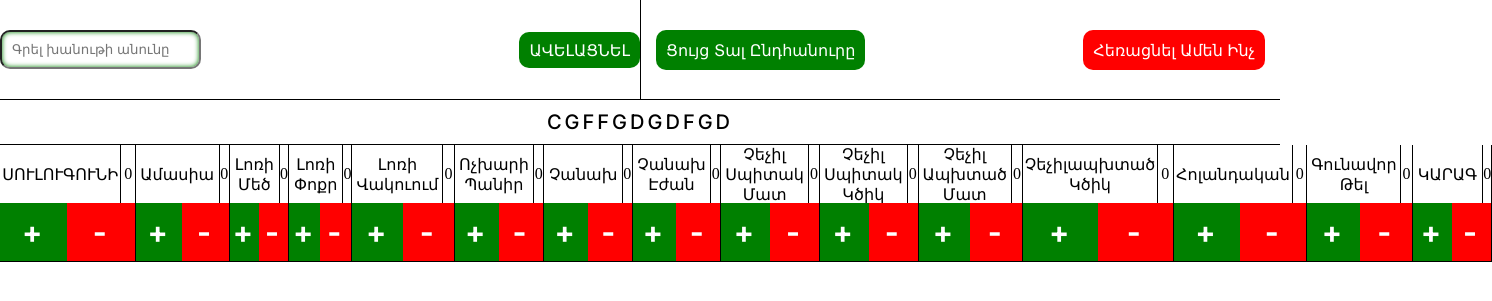
Repository: AbApin/amasia
Page: /
These files come from the project's save history. The page is drawn as it stood at one moment and after the next save; the edit follows.
The browser window is 1280 px wide. The page is 1492 px wide, then 1446 px, so the pictures cover 1492 px, including what lies to the right of the window. The pictures show the whole page.
The project was rebuilt for these pictures with package versions that can differ from the ones it lists, and the page was loaded fresh each time. Also part of the build but not shown: vue.config.js.

Above is the page before, as saved 2023-02-03 11:54:29.

### public/index.html
<!DOCTYPE html>
<html lang="">
  <head>
    <meta charset="utf-8" />
    <meta http-equiv="X-UA-Compatible" content="IE=edge" />
    <meta name="viewport" content="width=device-width,initial-scale=1.0" />
    <link rel="icon" href="<%= BASE_URL %>favicon.ico" />
    <title><%= htmlWebpackPlugin.options.title %></title>
    <link
      href="https://fonts.googleapis.com/css?family=Inter:100,200,300,regular,500,600,700,800,900"
      rel="stylesheet"
    />
  </head>
  <body>
    <noscript>
      <strong
        >We're sorry but <%= htmlWebpackPlugin.options.title %> doesn't work properly without
        JavaScript enabled. Please enable it to continue.</strong
      >
    </noscript>
    <div id="app"></div>
    <!-- built files will be auto injected -->
  </body>
</html>

### src/main.js
import Vue from 'vue';
import App from './App.vue';
import store from './store';
store.subscribe((mutation, state) => {
  localStorage.setItem('xanutner', JSON.stringify(state.xanutner));
  localStorage.setItem('datarkXanutner', JSON.stringify(state.isEmpty));
});
Vue.config.productionTip = false;

new Vue({
  store,
  render: (h) => h(App),
}).$mount('#app');

### src/App.vue
<template>
  <div id="app">
    <div class="header">
      <div class="avelacnelXanut">
        <input type="text" class="avelacnelInput" placeholder="Գրել խանութի անունը">
        <button class="avelacnelBtn">Ավելացնել</button>
      </div>
      <div class="cuycTal">
        <button class="cuycTalBtn" @click="isClick = true">ցույց տալ ընդհանուրը</button>
        <button class="heracnelBtn" @click="REMOVEALL">հեռացնել ամեն ինչ</button>
      </div>
      <div v-show="isClick" class="endhanurQanak">
        <button @click="isClick = false" class="closeBtn">X</button>
        <div class="endhanurQanakInner" :class="!ISEMPTY ? 'ovAuto' : ''">
          <p v-if="ISEMPTY" class="noProducts">Ոչ մի ապրանք</p>
          <ul class="endhanurQanakiList">
            <li
              v-for="xanutiAnun in Object.keys(ZAKAZNER)"
              :key="xanutiAnun"
              class="endhanurQanakiListItem"
            >
              <p class="endhanurQanakiListItemXanutiAnun">{{ xanutiAnun }}</p>
              <ul class="endhanurApranqneriList">
                <li
                  v-for="endhanurApranq in ZAKAZNER[xanutiAnun]"
                  :key="endhanurApranq.anun"
                  class="endhanurApranqneriListItem"
                >
                  <p class="endhanurApranqneriListItemAnun">{{ endhanurApranq.anun }}</p>
                  <p class="endhanurApranqneriListItemQanak">{{ endhanurApranq.qanak }}</p>
                </li>
              </ul>
            </li>
          </ul>
        </div>
      </div>
    </div>
    <div class="content">
      <ul class="contentList">
        <li v-for="xanutiAnun in Object.keys(XANUTNER)" :key="xanutiAnun" class="contentItem">
          <p class="xanutiAnun">{{ xanutiAnun }}</p>
          <ul class="apranqneriList">
            <li
              v-for="(apranq, apranqiHamar) in XANUTNER[xanutiAnun]"
              :key="apranqiHamar"
              class="apranqneriListItem"
            >
              <div class="apranqiText">
                <p class="apranqiAnun">{{ apranq.anun }}</p>
                <p class="apranqiQanak">{{ apranq.qanak }}</p>
              </div>
              <div class="apranqiAvelPakas">
                <button class="plus apranqiBtn" @click="AVELACNEL({ xanutiAnun, apranqiHamar })">
                  +
                </button>
                <button class="minus apranqiBtn" @click="PAKASACNEL({ xanutiAnun, apranqiHamar })">
                  -
                </button>
              </div>
            </li>
          </ul>
        </li>
      </ul>
    </div>
  </div>
</template>

<script>
import { mapGetters, mapMutations } from 'vuex';
export default {
  name: 'App',
  components: {},
  data() {
    return {
      isClick: false,
    };
  },
  beforeMount() {
    this.INITIAL();
  },
  methods: {
    ...mapMutations(['AVELACNEL', 'PAKASACNEL', 'INITIAL', 'REMOVEALL']),
  },
  computed: {
    ...mapGetters(['XANUTNER', 'ZAKAZNER', 'ISEMPTY']),
  },
};
</script>

<style>
@import './app.css';
</style>

### src/store/index.js
import Vuex from 'vuex';
import Vue from 'vue';

Vue.use(Vuex);

const store = new Vuex.Store({
  state: {
    xanutner: {
      cgffgdgdfgd: [
        { anun: 'ՍՈՒԼՈՒԳՈՒՆԻ', qanak: 0 },
        { anun: 'Ամասիա', qanak: 0 },
        { anun: 'Լոռի մեծ', qanak: 0 },
        { anun: 'Լոռի փոքր', qanak: 0 },
        { anun: 'Լոռի վակուում', qanak: 0 },
        { anun: 'Ոչխարի Պանիր', qanak: 0 },
        { anun: 'Չանախ', qanak: 0 },
        { anun: 'Չանախ էժան', qanak: 0 },
        { anun: 'Չեչիլ սպիտակ մատ', qanak: 0 },
        { anun: 'Չեչիլ սպիտակ կծիկ', qanak: 0 },
        { anun: 'Չեչիլ ապխտած մատ', qanak: 0 },
        { anun: 'Չեչիլապխտած կծիկ', qanak: 0 },
        { anun: 'Հոլանդական', qanak: 0 },
        { anun: 'Գունավոր Թել', qanak: 0 },
        { anun: 'ԿԱՐԱԳ', qanak: 0 },
      ],
    },
    isEmpty: true,
  },
  mutations: {
    AVELACNEL(state, payload) {
      state.xanutner[payload.xanutiAnun][payload.apranqiHamar].qanak += 1;
    },
    PAKASACNEL(state, payload) {
      let qanak = state.xanutner[payload.xanutiAnun][payload.apranqiHamar].qanak;
      if (qanak >= 1) {
        state.xanutner[payload.xanutiAnun][payload.apranqiHamar].qanak -= 1;
      }
      console.log(state.$getters.ZAKAZNER);
    },
    INITIAL(state) {
      if (localStorage.getItem('xanutner')) {
        state.xanutner = JSON.parse(localStorage.xanutner);
      } else if (localStorage.getItem('datarkXanutner')) {
        state.isEmpty = JSON.parse(localStorage.datarkXanutner);
      }
    },
    REMOVEALL(state) {
      Object.keys(state.xanutner).forEach((xanut) => {
        state.xanutner[xanut].map((el) => {
          el.qanak = 0;
        });
      });
      state.isEmpty = true;
    },
  },
  getters: {
    XANUTNER(state) {
      localStorage.setItem('key', JSON.stringify(state));
      return state.xanutner;
    },
    ZAKAZNER(state) {
      let zakazner = {};
      Object.keys(state.xanutner).forEach((xanut) => {
        zakazner[xanut] = state.xanutner[xanut].filter(function (el) {
          return el.qanak > 0;
        });
        if (zakazner[xanut].length === 0) {
          delete zakazner[xanut];
        }
      });
      Object.keys(zakazner).forEach((zakaz) => {
        if (zakazner[zakaz].length === 0) {
          state.isEmpty = true;
        } else {
          state.isEmpty = false;
        }
      });

      return zakazner;
    },
    ISEMPTY(state) {
      return state.isEmpty;
    },
  },
});

export default store;

### src/app.css
*,
*::after,
*::before {
  margin: 0;
  padding: 0;
  box-sizing: border-box;
}
ul {
  list-style: none;
}
#app {
  display: flex;
  flex-direction: column;
  min-height: 100vh;
}
.header {
  display: flex;
  justify-content: space-between;
  width: 100%;
  height: 100px;
  border-bottom: 1px solid #000;
}
.avelacnelXanut {
  display: flex;
  justify-content: space-between;
  width: 50%;
  gap: 20px;
  align-items: center;
}
.avelacnelBtn {
  font-family: 'Inter';
  font-size: 16px;
  line-height: 1;
  text-transform: uppercase;
  border: none;
  padding: 10px;
  background: green;
  color: #fff;
  border-radius: 10px;
}
.avelacnelInput {
  padding: 10px;
  border-radius: 10px;
  outline: none;
  box-shadow: inset 0 0 5px green;
}
.contentList {
  display: flex;
  flex-direction: column;
}
.contentItem {
  display: flex;
  flex-direction: column;
  justify-content: space-between;
}
.xanutiAnun {
  display: flex;
  align-items: center;
  justify-content: center;
  width: 100%;
  font-family: 'Inter';
  font-size: 20px;
  font-weight: 500;
  letter-spacing: 3px;
  word-wrap: break-word;
  padding: 10px;
  border: 1px solid #000;
  border-top: 0;
  border-left: 0;
  border-right: 0;
  text-transform: uppercase;
}
.apranqneriList {
  width: 100%;
  display: flex;
  justify-content: space-between;
}
.apranqneriListItem {
  display: flex;
  flex-direction: column;
  flex: 1 1 0;
  border: 1px solid #000;
  border-top: 0;
  border-left: 0;
}
.apranqiText {
  display: flex;
  justify-content: space-between;
  align-items: center;
  height: 50%;
}
.apranqiAnun {
  display: flex;
  align-items: center;
  justify-content: center;
  font-family: 'Inter';
  font-size: 16px;
  font-weight: 500;
  word-wrap: break-word;
  text-align: center;
  width: 90%;
  border-right: 1px solid #000;
  height: 100%;
  padding: 10px 5px;
  text-transform: capitalize;
}
.apranqiQanak {
  display: flex;
  justify-content: center;
  align-items: center;
  width: 40%;
  height: 100%;
}
.apranqiAvelPakas {
  display: flex;
  justify-content: space-between;
  width: 100%;
  height: 50%;
}
.apranqiBtn {
  display: inline-flex;
  justify-content: center;
  align-items: center;
  font-family: 'Inter';
  font-size: 30px;
  font-weight: 700;
  letter-spacing: 3px;
  border: none;
  color: #fff;
  width: 50%;
  cursor: pointer;
}
.plus {
  background: green;
}
.minus {
  background: red;
}
.cuycTal {
  width: 50%;
  display: flex;
  align-items: center;
  justify-content: space-between;
  gap: 10px;
  padding: 15px;
  border-left: 1px solid #000;
}
.heracnelBtn,
.cuycTalBtn {
  display: inline-block;
  font-family: 'Inter';
  font-size: 16px;
  padding: 10px;
  border-radius: 10px;
  border: none;
  color: #fff;
  text-transform: capitalize;
  cursor: pointer;
  transition: all 0.3s linear;
}
.heracnelBtn {
  background: red;
}
.cuycTalBtn {
  background: green;
}

/* endahnur */
.endhanurQanak {
  display: flex;
  justify-content: center;
  align-items: center;
  position: fixed;
  z-index: 999;
  top: 0;
  left: 0;
  width: 100%;
  height: 100%;
  background-color: rgba(0, 0, 0, 0.7);
}
.endhanurQanakInner {
  width: 90%;
  height: 90%;
  background: #fff;
  box-shadow: 0 0 10px #fff;
  border-radius: 20px;
}
.ovAuto {
  overflow: auto;
}
.endhanurQanakiList {
  display: flex;
  flex-direction: column;
  justify-content: space-between;
  height: 100%;
}
.endhanurQanakiListItem {
  display: flex;
  align-items: center;
  flex: 1 1 0;
  border-bottom: 1px solid #000;
}
.endhanurQanakiListItem:last-child {
  border-bottom: none;
}
.endhanurQanakiListItemXanutiAnun {
  border-right: 1px solid #000;
  width: 10%;
  display: flex;
  align-items: center;
  justify-content: center;
  height: 100%;
  font-family: 'Inter';
  font-size: 18px;
  letter-spacing: 1px;
  text-transform: capitalize;
}
.endhanurApranqneriList {
  height: 100%;
  width: 90%;
  display: flex;
  flex-direction: column;
  justify-content: space-between;
  overflow: auto;
}
.endhanurApranqneriListItem {
  display: flex;
  gap: 10px;
  flex: 1 1 0;
  align-items: center;
  justify-content: flex-start;
  padding: 10px;
  border-bottom: 1px solid #000;
}
.endhanurApranqneriListItem:last-child {
  border-bottom: none;
}
.endhanurApranqneriListItemQanak {
  color: red;
  font-size: 25px;
  font-family: 'Inter';
  font-weight: 700;
}
.endhanurApranqneriListItemAnun {
  font-weight: bold;
  font-size: 20px;
}
.noProducts {
  display: flex;
  justify-content: center;
  align-items: center;
  font-size: 2rem;
  font-family: 'Inter';
  font-style: italic;
  font-weight: 700;
  width: 100%;
  height: 100%;
  padding: 20px;
}
.closeBtn {
  display: inline-block;
  color: #fff;
  font-size: 25px;
  position: absolute;
  right: 15px;
  top: 5px;
  background: transparent;
  border: none;
  cursor: pointer;
}

@media screen and (max-width: 767px) {
  .header {
    flex-direction: column-reverse;
    height: 150px;
  }
  .avelacnelXanut {
    padding: 20px;
    height: 50%;
    width: 100%;
  }
  .cuycTal {
    width: 100%;
    height: 50%;
    gap: 5px;
    padding: 10px;
    border: 0;
    border-bottom: 1px solid #000;
  }
  .apranqneriList {
    overflow: auto;
  }
  .apranqneriListItem {
    min-width: 200px;
  }
  .endhanurQanakiListItemXanutiAnun {
    width: 50%;
    letter-spacing: 0;
    font-size: 16px;
    padding: 5px;
  }
}

After the next save:
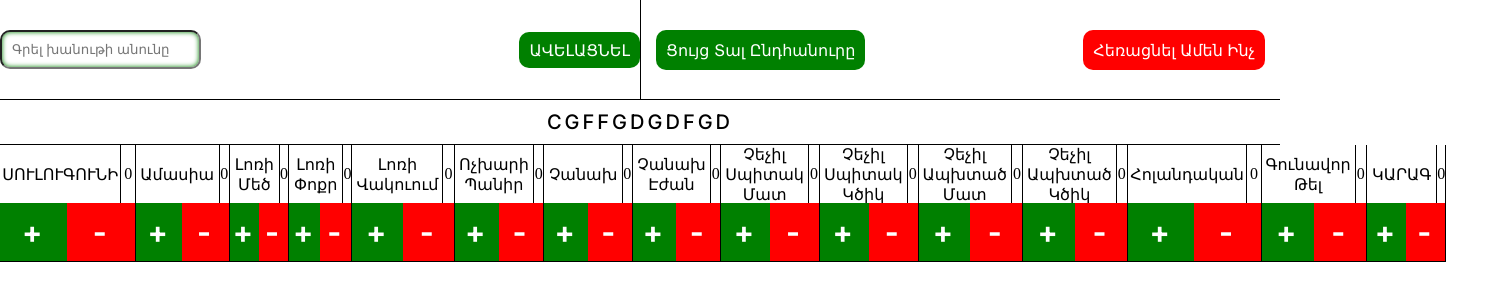
Saved 10 s later.
--- a/src/store/index.js
+++ b/src/store/index.js
@@ -18,7 +18,7 @@ const store = new Vuex.Store({
         { anun: 'Չեչիլ սպիտակ մատ', qanak: 0 },
         { anun: 'Չեչիլ սպիտակ կծիկ', qanak: 0 },
         { anun: 'Չեչիլ ապխտած մատ', qanak: 0 },
-        { anun: 'Չեչիլապխտած կծիկ', qanak: 0 },
+        { anun: 'Չեչիլ ապխտած կծիկ', qanak: 0 },
         { anun: 'Հոլանդական', qanak: 0 },
         { anun: 'Գունավոր Թել', qanak: 0 },
         { anun: 'ԿԱՐԱԳ', qanak: 0 },
